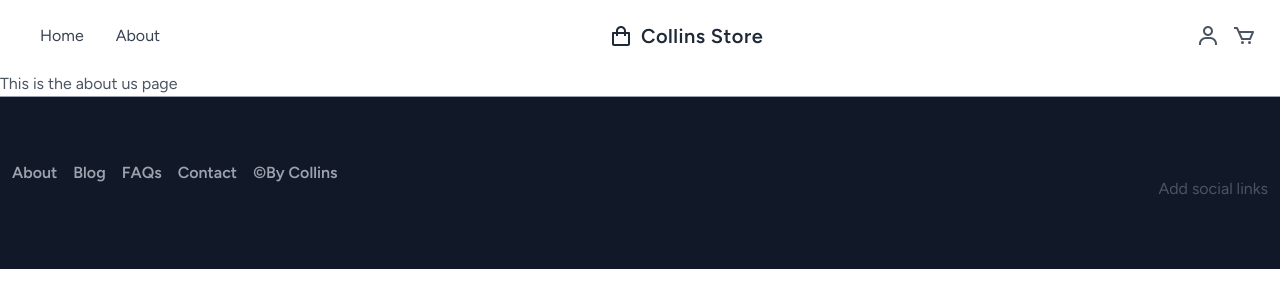
Repository: Collins145/e-commerce-website
Page: http://localhost/about
An editor plug-in stored every save of this project. The page is shown before and after the next save, followed by the edit.
The browser window is 1280 px wide. The pictures show the whole page.
The page is served by the project's Laravel application, run on PHP 8.4 with Laravel 10. Other server files are loaded and not shown. Style sheets and scripts are compiled from the project's sources, by tool versions that may differ from the author's.

Above is the page before, as saved 2023-06-17 15:26:12.

### routes/web.php
<?php

use App\Http\Controllers\ProfileController;
use Illuminate\Support\Facades\Route;
use App\Http\Controllers\SiteController;

/*
|--------------------------------------------------------------------------
| Web Routes
|--------------------------------------------------------------------------
|
| Here is where you can register web routes for your application. These
| routes are loaded by the RouteServiceProvider and all of them will
| be assigned to the "web" middleware group. Make something great!
|
*/

Route::get('/', [SiteController::class, 'index'])->name('home');
Route::get('about', [SiteController::class, 'about'])->name('about');
Route::get('footer', [SiteController::class, 'footer'])->name('footer');

Route::get('/dashboard', function () {
    return view('dashboard');
})->middleware(['auth', 'verified'])->name('dashboard');

Route::middleware('auth')->group(function () {
    Route::get('/profile', [ProfileController::class, 'edit'])->name('profile.edit');
    Route::patch('/profile', [ProfileController::class, 'update'])->name('profile.update');
    Route::delete('/profile', [ProfileController::class, 'destroy'])->name('profile.destroy');
});

require __DIR__.'/auth.php';

### app/Http/Controllers/SiteController.php
<?php

namespace App\Http\Controllers;

use Illuminate\Http\Request;

class SiteController extends Controller
{
    public function index() {
        return view('site.home');
    }

    public function about() {
        return view('site.about');
    }
    public function footer() {
        return view('site.footer');
    }
}

### resources/views/site/about.blade.php
@extends('layouts.site')
@section('content')
This is the about us page
@endsection

### resources/views/layouts/site.blade.php
<!DOCTYPE html>
<html lang="{{ str_replace('_', '-', app()->getLocale()) }}">
    <head>
        <meta charset="utf-8">
        <meta name="viewport" content="width=device-width, initial-scale=1">
        <meta name="csrf-token" content="{{ csrf_token() }}">

        <title>{{ config('app.name', 'Laravel') }}</title>

        <!-- Fonts -->
        <link rel="preconnect" href="https://fonts.bunny.net">
        <link href="https://fonts.bunny.net/css?family=figtree:400,500,600&display=swap" rel="stylesheet" />

        <!-- Scripts -->
        @vite(['resources/css/app.css', 'resources/js/app.js'])
    </head>
    <body class="bg-white text-gray-600 font-sans leading-normal text-base tracking-normal">
        <x-site.header/>
        @yield('content')
        <x-site.footer/>
    </body>
</html>

### resources/views/components/site/header.blade.php
    <nav id="header" class="w-full z-30 top-0 py-1">
        <div class="w-full container mx-auto flex flex-wrap items-center justify-between mt-0 px-6 py-3">

            <label for="menu-toggle" class="cursor-pointer md:hidden block">
                <svg class="fill-current text-gray-900" xmlns="http://www.w3.org/2000/svg" width="20" height="20" viewBox="0 0 20 20">
                    <title>menu</title>
                    <path d="M0 3h20v2H0V3zm0 6h20v2H0V9zm0 6h20v2H0v-2z"></path>
                </svg>
            </label>
            <input class="hidden" type="checkbox" id="menu-toggle" />

            <div class="hidden md:flex md:items-center md:w-auto w-full order-3 md:order-1" id="menu">
                <nav>
                    <ul class="md:flex items-center justify-between text-base text-gray-700 pt-4 md:pt-0">
                        <li><a class="inline-block no-underline hover:text-black hover:underline py-2 px-4" href="{{route('home')}}">Home</a></li>
                        <li><a class="inline-block no-underline hover:text-black hover:underline py-2 px-4" href="{{route('about')}}">About</a></li>
                    </ul>
                </nav>
            </div>

            <div class="order-1 md:order-2">
                <a class="flex items-center tracking-wide no-underline hover:no-underline font-bold text-gray-800 text-xl " href="{{route('home')}}">
                    <svg class="fill-current text-gray-800 mr-2" xmlns="http://www.w3.org/2000/svg" width="24" height="24" viewBox="0 0 24 24">
                        <path d="M5,22h14c1.103,0,2-0.897,2-2V9c0-0.553-0.447-1-1-1h-3V7c0-2.757-2.243-5-5-5S7,4.243,7,7v1H4C3.447,8,3,8.447,3,9v11 C3,21.103,3.897,22,5,22z M9,7c0-1.654,1.346-3,3-3s3,1.346,3,3v1H9V7z M5,10h2v2h2v-2h6v2h2v-2h2l0.002,10H5V10z" />
                    </svg>
                    Collins Store
                </a>
            </div>

            <div class="order-2 md:order-3 flex items-center" id="nav-content">

                <a class="inline-block no-underline hover:text-black" href="#">
                    <svg class="fill-current hover:text-black" xmlns="http://www.w3.org/2000/svg" width="24" height="24" viewBox="0 0 24 24">
                        <circle fill="none" cx="12" cy="7" r="3" />
                        <path d="M12 2C9.243 2 7 4.243 7 7s2.243 5 5 5 5-2.243 5-5S14.757 2 12 2zM12 10c-1.654 0-3-1.346-3-3s1.346-3 3-3 3 1.346 3 3S13.654 10 12 10zM21 21v-1c0-3.859-3.141-7-7-7h-4c-3.86 0-7 3.141-7 7v1h2v-1c0-2.757 2.243-5 5-5h4c2.757 0 5 2.243 5 5v1H21z" />
                    </svg>
                </a>

                <a class="pl-3 inline-block no-underline hover:text-black" href="#">
                    <svg class="fill-current hover:text-black" xmlns="http://www.w3.org/2000/svg" width="24" height="24" viewBox="0 0 24 24">
                        <path d="M21,7H7.462L5.91,3.586C5.748,3.229,5.392,3,5,3H2v2h2.356L9.09,15.414C9.252,15.771,9.608,16,10,16h8 c0.4,0,0.762-0.238,0.919-0.606l3-7c0.133-0.309,0.101-0.663-0.084-0.944C21.649,7.169,21.336,7,21,7z M17.341,14h-6.697L8.371,9 h11.112L17.341,14z" />
                        <circle cx="10.5" cy="18.5" r="1.5" />
                        <circle cx="17.5" cy="18.5" r="1.5" />
                    </svg>
                </a>

            </div>
        </div>
    </nav>

### resources/views/components/site/footer.blade.php
    <footer class="max-w-8xl mx-auto bg-gray-900 py-8 border-t border-gray-400">
        <div class="flex px-3 py-8 ">
            <div class="w-full mx-auto flex flex-wrap">
                <div class="flex w-full lg:w-1/2 ">
                    <div class="flex gap-4 px-3 md:px-0">
                        <h3 class="font-bold text-gray-400">About</h3>
                        <h3 class="font-bold text-gray-400">Blog</h3>
                        <h3 class="font-bold text-gray-400">FAQs</h3>
                        <h3 class="font-bold text-gray-400">Contact</h3>
                        <h3 class="font-bold text-gray-400"><span>&copy<span>By Collins</h3>
                    </div>
                </div>
                <div class="flex w-full lg:w-1/2 lg:justify-end lg:text-right">
                    <div class="px-3 md:px-0">
                        <ul class="list-reset items-center pt-3">
                            <li>
                                <a class="inline-block no-underline hover:text-black hover:underline py-1" href="#">Add social links</a>
                            </li>
                        </ul>
                    </div>
                </div>
            </div>
        </div>
    </footer>

Loaded but not shown: routes/auth.php (common file); app/Http/Controllers/Auth/EmailVerificationPromptController.php (common file); app/Http/Controllers/Controller.php (common file); app/Http/Controllers/Auth/VerifyEmailController.php (common file); resources/css/app.css (common file); tailwind.config.js (common file); resources/js/app.js (common file); resources/js/bootstrap.js (common file)

After the next save:
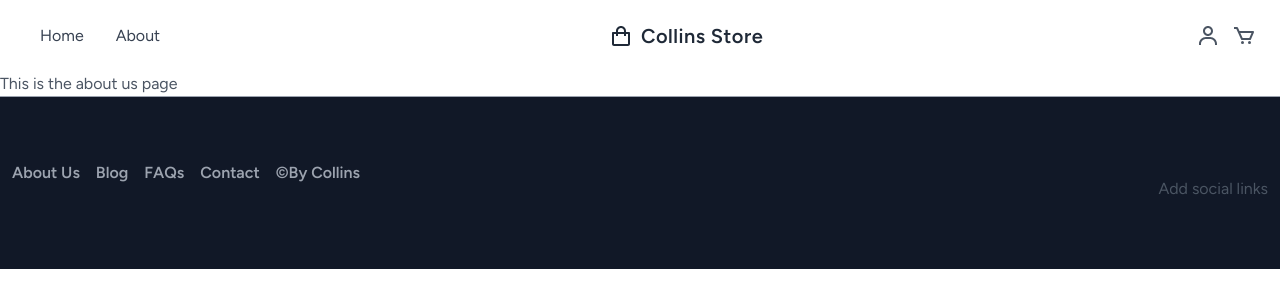
Saved 92 min 32 s later.
--- a/resources/views/components/site/footer.blade.php
+++ b/resources/views/components/site/footer.blade.php
@@ -3,7 +3,7 @@
             <div class="w-full mx-auto flex flex-wrap">
                 <div class="flex w-full lg:w-1/2 ">
                     <div class="flex gap-4 px-3 md:px-0">
-                        <h3 class="font-bold text-gray-400">About</h3>
+                        <h3 class="font-bold text-gray-400">About Us</h3>
                         <h3 class="font-bold text-gray-400">Blog</h3>
                         <h3 class="font-bold text-gray-400">FAQs</h3>
                         <h3 class="font-bold text-gray-400">Contact</h3>
